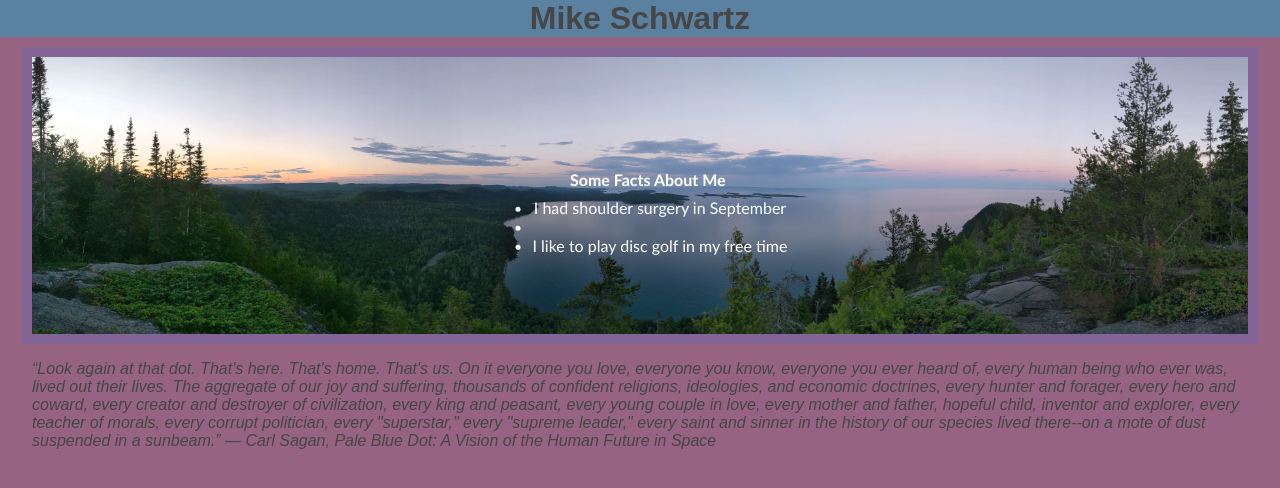
Repository: Ellusionism/prime-pw-week-1-assignment
Page: assignment/index.html
These files come from the project's save history. The page is drawn as it stood at one moment and after the next save; the edit follows.
The browser window is 1280 px wide. The pictures show the whole page.

Above is the page before, as saved 2022-10-26 16:23:40.

### assignment/index.html
<!DOCTYPE html>
<html>
<head>
    <meta charset="utf-8" />
    <meta http-equiv="X-UA-Compatible" content="IE=edge">
    <!-- Change the <title> from "Page Title" to "Hello World" -->
    <title>Hello World</title>
    <meta name="viewport" content="width=device-width, initial-scale=1">

    <link rel="stylesheet" type="text/css" media="screen" href="style.css" />
</head>
<body>
    <!-- Create a header element  -->
    <header>
        <h1 class="name">Mike Schwartz</h1>
    </header>
    <!-- Inside the header, add an <h1> element containing your name -->

    <!-- Include an image -->
    <div class="container">
        <img src="mtjosephine.jpg" alt="Mount Josephine summit view" class="img">
        <h4 class="facts">Some Facts About Me</h4>
        <ul class="facts-list">
            <li>I had shoulder surgery in September</li>
            <li></li>
            <li>I like to play disc golf in my free time</li>
        </ul>
    </div>
    <!-- Create an unordered list with 3 list items of fun facts about you -->

    <!-- Create a footer element -->
    <footer class="fav-quote clearfix">
        <p>“Look again at that dot. That's here. That's home. That's us. On it everyone you love, everyone you know, everyone you ever heard of, every human being who ever was, lived out their lives. The aggregate of our joy and suffering, thousands of confident religions, ideologies, and economic doctrines, every hunter and forager, every hero and coward, every creator and destroyer of civilization, every king and peasant, every young couple in love, every mother and father, hopeful child, inventor and explorer, every teacher of morals, every corrupt politician, every "superstar," every "supreme leader," every saint and sinner in the history of our species lived there--on a mote of dust suspended in a sunbeam.”
            <span>― Carl Sagan, Pale Blue Dot: A Vision of the Human Future in Space</span></p>
    </footer>
    <!-- Inside your footer, put a <p> element with your favorite quote -->
</body>
</html>

### assignment/style.css
/* Give your page a fun background color */
body {
 background-color: rgb(150, 100, 130);
 margin: 0;
 font-family: Arial, Helvetica, sans-serif;
}
/* Make the header and footer a different color from the background */
header {
 background-color: rgb(90, 130, 160);
 margin-bottom: 10px;
}
/* Align the h1 containing your name in the center of the header*/
.name {
 color:rgb(70, 70, 70);
 text-align: center;
 margin: 0;
}
/* Make your p tag a different color and italic */
.fav-quote {
 margin: 0 2.5%;
 color: rgb(70, 70, 70);
 font-style: italic;
 font-weight:
 text-align: center;
}

.attr {
 font-style: normal;
}
/* Put a border around your image */
.img {
 border: 10px solid  rgb(130, 100, 150);
 padding: 0;
 display: block;
 margin: auto;
 max-height: 100%;
 max-width: 95%;
}
/* Change the font-family of your list */
.facts {
 color: #fff;
 font-family:'Gill Sans', 'Gill Sans MT', Calibri, 'Trebuchet MS', sans-serif;
 position: absolute;
 top: 50%;
 left: 50%;
 transform: translate(-45%, -250%);
}

.facts-list {
 color: #fff;
 font-family:'Gill Sans', 'Gill Sans MT', Calibri, 'Trebuchet MS', sans-serif;
 position: absolute;
 top: 50%;
 left: 50%;
 transform: translate(-50%, -25%);
}

 .container {
  position: relative;
  text-align: center;
 }

After the next save:
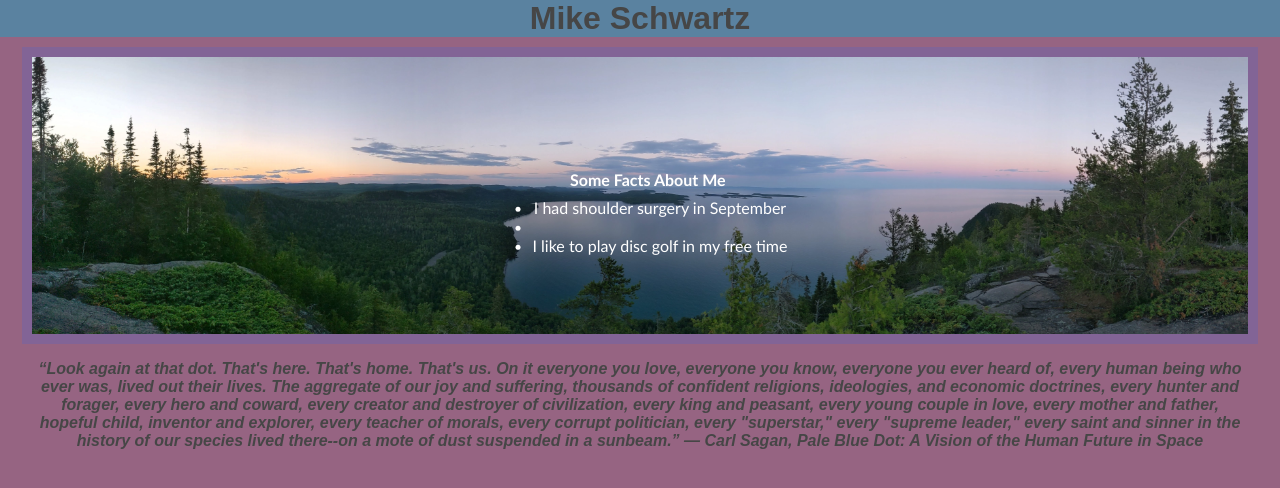
Saved 4 s later.
--- a/assignment/style.css
+++ b/assignment/style.css
@@ -20,7 +20,7 @@ header {
  margin: 0 2.5%;
  color: rgb(70, 70, 70);
  font-style: italic;
- font-weight:
+ font-weight: bold;
  text-align: center;
 }
 
